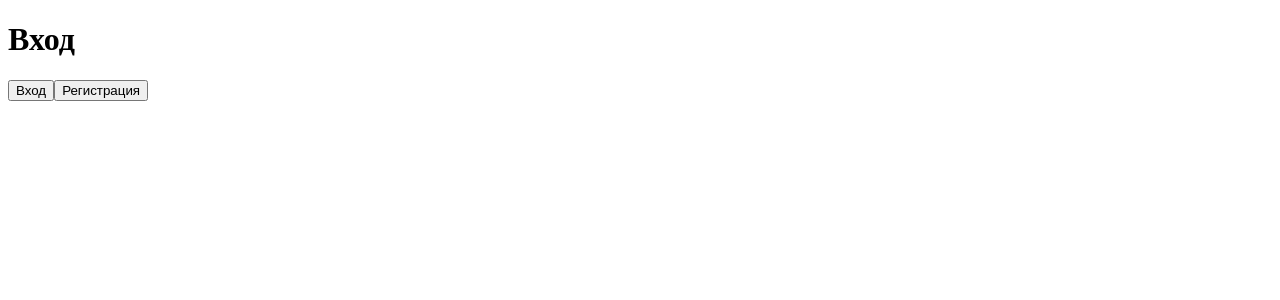
Repository: AlekCawka/ClickAndBuy
Page: /
These files come from the project's save history. The page is drawn as it stood at one moment and after the next save; the edit follows.
The browser window is 1280 px wide. The pictures show the whole page.
The project was rebuilt for these pictures with package versions that can differ from the ones it lists, and the page was loaded fresh each time. Also part of the build but not shown: vite.config.js, src/index.css, src/App.css.

Above is the page before, as saved 2025-12-01 12:55:10.

### index.html
<!doctype html>
<html lang="en">
  <head>
    <meta charset="UTF-8" />
    <meta name="viewport" content="width=device-width, initial-scale=1.0" />
    <title>clickAndBuy</title>
  </head>
  <body>
    <div id="root"></div>
    <script type="module" src="/src/main.jsx"></script>
  </body>
</html>

### src/App.jsx
import { useState } from 'react';
import './App.css';

function App() {
  const [mode, setMode] = useState('login');
  const isLogin = mode === 'login';

  return (
    <div className='app-root'>
      <div className='auth-card'>
        <h1 className='auth-title'>
          {isLogin ? 'Вход' : 'Регистрация'}
        </h1>

        <div className='auth-toggle'>
          <button
            type='button'
            className={`auth-toggle__btn ${isLogin ? 'auth-toggle__btn--active' : ''}`}
            onClick={() => setMode('login')}
          >
            Вход
          </button>

          <button
            type='button'
            className={`auth-toggle__btn ${!isLogin ? 'auth-toggle__btn--active' : ''}`}
            onClick={() => setMode('register')}
          >
            Регистрация
          </button>
        </div>

        {/* {isLogin ? (
          <LoginForm />
        ) : (
          <RegisterForm onSwitchToLogin={() => setMode('login')} />
        )} */}
      </div>
    </div>
  )
}

export default App;

Loaded but not shown: src/main.jsx (common file)

After the next save:
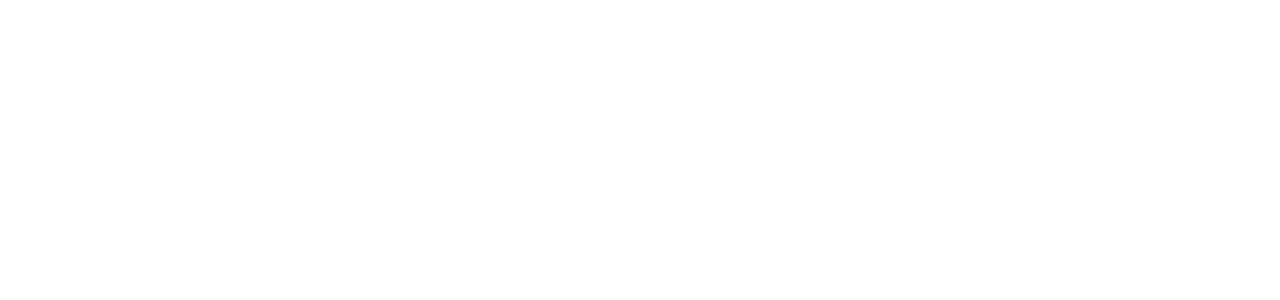
Console error: ReferenceError: LoginForm is not defined
Saved 4 s later.
--- a/src/App.jsx
+++ b/src/App.jsx
@@ -30,11 +30,11 @@
           </button>
         </div>
 
-        {/* {isLogin ? (
+        {isLogin ? (
           <LoginForm />
         ) : (
           <RegisterForm onSwitchToLogin={() => setMode('login')} />
-        )} */}
+        )}
       </div>
     </div>
   )

After the save that followed:
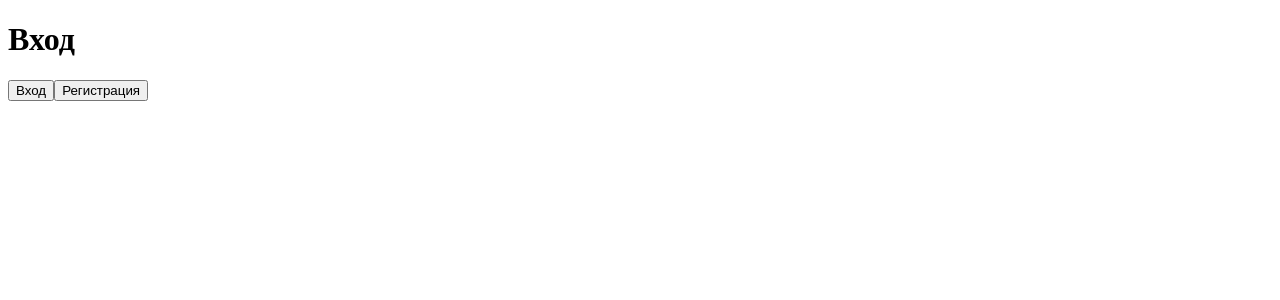
The error is gone.
Saved 6 min 23 s later.
--- a/src/App.jsx
+++ b/src/App.jsx
@@ -30,11 +30,11 @@
           </button>
         </div>
 
-        {isLogin ? (
+        {/* {isLogin ? (
           <LoginForm />
         ) : (
           <RegisterForm onSwitchToLogin={() => setMode('login')} />
-        )}
+        )} */}
       </div>
     </div>
   )
